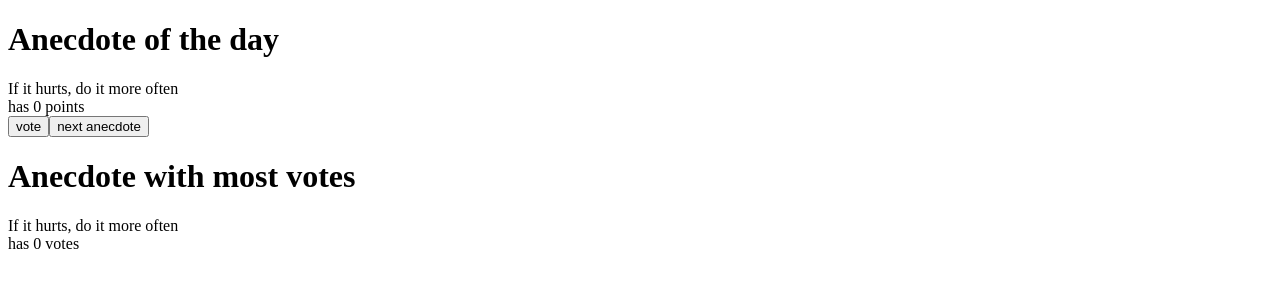
Repository: Wainhouse/Full_Stack_Open_2022
Page: / (app in part2/course_info/)
These files come from the project's save history. The page is drawn as it stood at one moment and after the next save; the edit follows.
The browser window is 1280 px wide. The pictures show the whole page.
The project was rebuilt for these pictures with package versions that can differ from the ones it lists, and the page was loaded fresh each time.

Above is the page before, as saved 2022-11-24 17:24:20.

### part2/course_info/src/App.js
import { useState } from "react";

const Button = ({ handleClick, text }) => (
  <button onClick={handleClick}>{text}</button>
);

const App = () => {
  const anecdotes = [
    "If it hurts, do it more often",
    "Adding manpower to a late software project makes it later!",
    "The first 90 percent of the code accounts for the first 10 percent of the development time...The remaining 10 percent of the code accounts for the other 90 percent of the development time.",
    "Any fool can write code that a computer can understand. Good programmers write code that humans can understand.",
    "Premature optimization is the root of all evil.",
    "Debugging is twice as hard as writing the code in the first place. Therefore, if you write the code as cleverly as possible, you are, by definition, not smart enough to debug it.",
    "Programming without an extremely heavy use of console.log is same as if a doctor would refuse to use x-rays or blood tests when diagnosing patients",
  ];

  const [selected, setSelected] = useState(0);

  const [points, setPoints] = useState(new Array(anecdotes.length).fill(0));

  const addVote = () => {
    const pointsCopy = [...points];
    pointsCopy[selected] += 1;
    setPoints(pointsCopy);
  };

  const bestAnecdoteIndex = points.indexOf(Math.max(...points));

  return (
    <div>
      <h1>Anecdote of the day</h1>
      <div>{anecdotes[selected]}</div>
      <div>has {points[selected]} points</div>
      <Button handleClick={() => addVote()} text="vote" />
      <Button
        handleClick={() =>
          setSelected(Math.floor(Math.random() * anecdotes.length))
        }
        text="next anecdote"
      />
      <h1>Anecdote with most votes</h1>
      <div>{anecdotes[bestAnecdoteIndex]}</div>
      <div>has {points[bestAnecdoteIndex]} votes</div>
    </div>
  );
};

export default App;

Loaded but not shown: part2/course_info/public/index.html (common file); part2/course_info/src/index.js (common file)

After the next save:
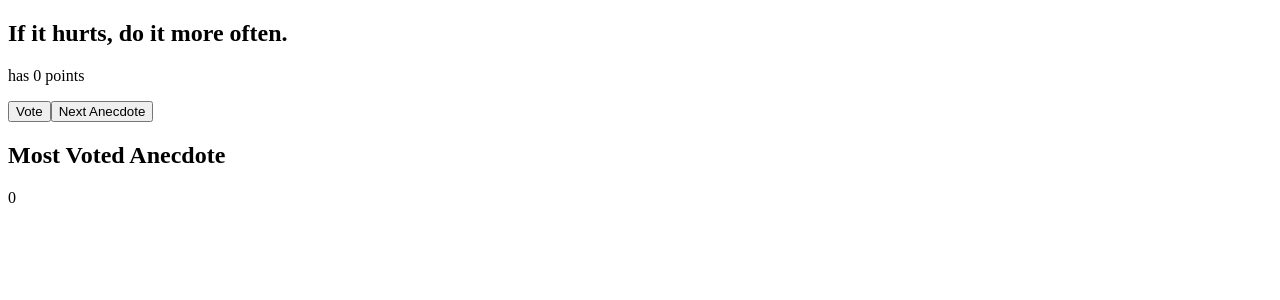
Saved 15 s later.
--- a/part2/course_info/src/App.js
+++ b/part2/course_info/src/App.js
@@ -1,49 +1,42 @@
-import { useState } from "react";
-
-const Button = ({ handleClick, text }) => (
-  <button onClick={handleClick}>{text}</button>
-);
+import { useState } from 'react'
 
 const App = () => {
   const anecdotes = [
-    "If it hurts, do it more often",
-    "Adding manpower to a late software project makes it later!",
-    "The first 90 percent of the code accounts for the first 10 percent of the development time...The remaining 10 percent of the code accounts for the other 90 percent of the development time.",
-    "Any fool can write code that a computer can understand. Good programmers write code that humans can understand.",
-    "Premature optimization is the root of all evil.",
-    "Debugging is twice as hard as writing the code in the first place. Therefore, if you write the code as cleverly as possible, you are, by definition, not smart enough to debug it.",
-    "Programming without an extremely heavy use of console.log is same as if a doctor would refuse to use x-rays or blood tests when diagnosing patients",
-  ];
+    'If it hurts, do it more often.',
+    'Adding manpower to a late software project makes it later!',
+    'The first 90 percent of the code accounts for the first 10 percent of the development time...The remaining 10 percent of the code accounts for the other 90 percent of the development time.',
+    'Any fool can write code that a computer can understand. Good programmers write code that humans can understand.',
+    'Premature optimization is the root of all evil.',
+    'Debugging is twice as hard as writing the code in the first place. Therefore, if you write the code as cleverly as possible, you are, by definition, not smart enough to debug it.',
+    'Programming without an extremely heavy use of console.log is same as if a doctor would refuse to use x-rays or blood tests when diagnosing patients.'
+  ]
 
   const [selected, setSelected] = useState(0);
+  const [points, setPoints] = useState(new Array(anecdotes.length).fill(0));
+  const highestVoted = points.indexOf(Math.max(...points))
 
-  const [points, setPoints] = useState(new Array(anecdotes.length).fill(0));
 
-  const addVote = () => {
-    const pointsCopy = [...points];
-    pointsCopy[selected] += 1;
-    setPoints(pointsCopy);
+  const handleClickNext = () => {
+    setSelected(Math.floor(Math.random() * anecdotes.length));
+
   };
 
-  const bestAnecdoteIndex = points.indexOf(Math.max(...points));
+  const voteForAnecdote = () => {
+    let newPoints = { ...points };
+    newPoints[selected] += 1;
+    setPoints(newPoints);
+  };
 
   return (
     <div>
-      <h1>Anecdote of the day</h1>
-      <div>{anecdotes[selected]}</div>
-      <div>has {points[selected]} points</div>
-      <Button handleClick={() => addVote()} text="vote" />
-      <Button
-        handleClick={() =>
-          setSelected(Math.floor(Math.random() * anecdotes.length))
-        }
-        text="next anecdote"
-      />
-      <h1>Anecdote with most votes</h1>
-      <div>{anecdotes[bestAnecdoteIndex]}</div>
-      <div>has {points[bestAnecdoteIndex]} votes</div>
+      <h2>{anecdotes[selected]}</h2>
+      <p>has {points[selected]} points</p>
+      <button onClick={() => voteForAnecdote()}>Vote</button>
+      <button onClick={() => handleClickNext()}>Next Anecdote</button>
+      <h2>Most Voted Anecdote</h2>
+      <p>{points[highestVoted]}</p>
     </div>
   );
 };
 
-export default App;
+export default App
